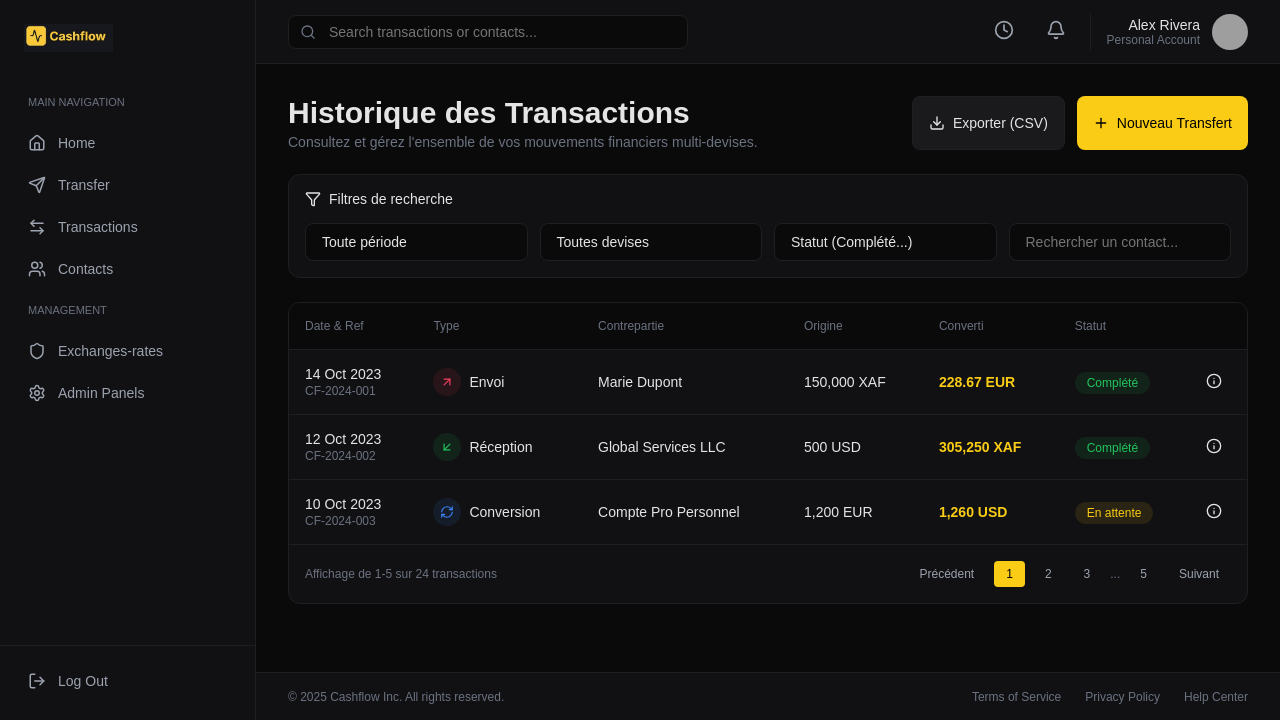
Repository: laetitiamaelle/GROUEPE5_PROGRAMMATIONWEBII_PLATEFORME_DE_TRANSFERT_MULTIDEVISE
Page: /transactions
The author's editor kept a copy of each file at every save. The page is drawn from the files as they stood at one save, then again after the next save.
The browser window is 1280 px wide. The pictures show the whole page.
Pictures or frames that could not be fetched are drawn as grey boxes. The project was rebuilt for these pictures with package versions that can differ from the ones it lists, and the page was loaded fresh each time. The framework's server and built-in components were replaced by stand-ins that run in the browser. Also part of the build but not shown: next.config.ts.

Above is the page before, as saved 2026-05-16 13:58:06.

### app/transactions/page.tsx
import Sidebar from '@/components/Sidebar'
import HistoriqueTransactions from '@/components/HistoriqueTransactions';

export default function TransactionPage() {
    return (
        <div style={{ display: 'flex', minHeight: '100vh', background: '#0A0A0B'}}>
            <Sidebar />
            <HistoriqueTransactions />
        </div>
    )
}

### app/globals.css
* {
    margin: 0;
    padding: 0;
    box-sizing: border-box;
}

body {
    background: #0A0A0B;
    color: #E5E5E5;
    font-family: Arial, sans-serif;
}

a {
    text-decoration: none;
    color: inherit;
}

button {
    cursor: pointer;
    border: none;
    font-family: inherit;
}

### components/Sidebar.tsx
'use client'
import Link from 'next/link'
import { usePathname } from 'next/navigation'
import { Home, Send, ArrowLeftRight, Users, Shield, Settings, LogOut} from 'lucide-react'
import '../styles/Sidebar.css'

export default function Sidebar() {
    const pathname = usePathname()

    return (
        <aside className='sidebar'>
            <div className='logo'>
                <img src="/public/logo.jpeg" alt="Cashflow" className='logo-img'/>
            </div>

            <nav className='nav'>
                <p className='nav-title'>MAIN NAVIGATION</p>
                <Link href="#" className={`nav-item #{pathname === '/home' ? 'active' : ''}`}>
                    <Home size={18} /> Home
                </Link>
                <Link href="/transfert" className="nav-item">
                    <Send size={18} /> Transfer
                </Link>
                <Link href="/transactions" className={`nav-item #{pathname === '/transactions' ? 'active' : ''}`}>
                    <ArrowLeftRight size={18} /> Transactions
                </Link>
                <Link href="#" className="nav-item">
                    <Users size={18} /> Contacts
                </Link>

                <p className="nav-title">MANAGEMENT</p>
                <Link href="/exchange-rates" className={`nav-item #{pathname === '/exchanges-rates' ? 'active' : ''}`}>
                    <Shield size={18} /> Exchanges-rates
                </Link>
                <Link href="/admin" className="nav-item">
                    <Settings size={18} /> Admin Panels
                </Link>
            </nav>

            <div className='logout'>
                <button className='nav-item'>
                    <LogOut size={18} />Log Out
                </button>
            </div>
        </aside>
    )
}

### components/HistoriqueTransactions.tsx
'use client'
import { Search, Clock, Bell, Download, Plus, Filter, ArrowUpRight, ArrowDownLeft, RefreshCw, Info } from 'lucide-react'
import '../styles/HistoriqueTransactions.css'

export default function HistoriqueTransactions() {
  const data = [
    { date: '14 Oct 2023', ref: 'CF-2024-001', type: 'Envoi', contact: 'Marie Dupont', origine: '150,000 XAF', converti: '228.67 EUR', statut: 'Complété' },
    { date: '12 Oct 2023', ref: 'CF-2024-002', type: 'Réception', contact: 'Global Services LLC', origine: '500 USD', converti: '305,250 XAF', statut: 'Complété' },
    { date: '10 Oct 2023', ref: 'CF-2024-003', type: 'Conversion', contact: 'Compte Pro Personnel', origine: '1,200 EUR', converti: '1,260 USD', statut: 'En attente' },
  ]

  return (
    <div className="main">
      <header className="topbar">
        <div className="search-box">
          <Search size={16} className="search-icon" />
          <input type="text" placeholder="Search transactions or contacts..." className="search" />
        </div>
        <div className="topbar-right">
          <button className="icon-btn"><Clock size={20} /></button>
          <button className="icon-btn"><Bell size={20} /></button>
          <div className="user">
            <div className="user-info">
              <span className="user-name">Alex Rivera</span>
              <span className="user-role">Personal Account</span>
            </div>
            <img src="https://i.pravatar.cc/40" alt="avatar" className="user-avatar" />
          </div>
        </div>
      </header>

      <div className="content">
        <div className="header">
          <div>
            <h1>Historique des Transactions</h1>
            <p>Consultez et gérez l'ensemble de vos mouvements financiers multi-devises.</p>
          </div>
          <div className="actions">
            <button className="btn-dark"><Download size={16} /> Exporter (CSV)</button>
            <button className="btn-yellow"><Plus size={16} /> Nouveau Transfert</button>
          </div>
        </div>

        <div className="filters">
          <div className="filters-title">
            <Filter size={16} />
            <span>Filtres de recherche</span>
          </div>
          <div className="filters-grid">
            <button className="filter-btn">Toute période</button>
            <button className="filter-btn">Toutes devises</button>
            <button className="filter-btn">Statut (Complété...)</button>
            <input type="text" placeholder="Rechercher un contact..." className="filter-input" />
          </div>
        </div>

        <div className="table-box">
          <table>
            <thead>
              <tr>
                <th>Date & Ref</th>
                <th>Type</th>
                <th>Contrepartie</th>
                <th>Origine</th>
                <th>Converti</th>
                <th>Statut</th>
                <th></th>
              </tr>
            </thead>
            <tbody>
              {data.map((row, i) => (
                <tr key={i}>
                  <td>
                    <span className="date">{row.date}</span>
                    <span className="ref">{row.ref}</span>
                  </td>
                  <td>
                    <div className="type-cell">
                      <div className={`type-icon ${row.type === 'Envoi' ? 'send' : row.type === 'Réception' ? 'receive' : 'convert'}`}>
                        {row.type === 'Envoi' ? <ArrowUpRight size={14} /> : row.type === 'Réception' ? <ArrowDownLeft size={14} /> : <RefreshCw size={14} />}
                      </div>
                      <span>{row.type}</span>
                    </div>
                  </td>
                  <td>{row.contact}</td>
                  <td className="montant">{row.origine}</td>
                  <td className="montant-converti">{row.converti}</td>
                  <td>
                    <span className={`statut ${row.statut === 'Complété' ? 'statut-complete' : row.statut === 'En attente' ? 'statut-attente' : 'statut-echoue'}`}>
                      {row.statut}
                    </span>
                  </td>
                  <td><Info size={16} /></td>
                </tr>
              ))}
            </tbody>
          </table>
          <div className="pagination">
            <span>Affichage de 1-5 sur 24 transactions</span>
            <div className="page-btns">
              <button>Précédent</button>
              <button className="active">1</button>
              <button>2</button>
              <button>3</button>
              <span>...</span>
              <button>5</button>
              <button>Suivant</button>
            </div>
          </div>
        </div>
      </div>

      <footer className="footer">
        <span>© 2025 Cashflow Inc. All rights reserved.</span>
        <div className="footer-links">
          <a href="#">Terms of Service</a>
          <a href="#">Privacy Policy</a>
          <a href="#">Help Center</a>
        </div>
      </footer>
    </div>
  )
}

### styles/Sidebar.css
.sidebar {
    width: 256px;
    background: #111113;
    border-right: 1px solid #1F1F23;
    display: flex;
    flex-direction: column;
    height: 100vh;
}

.logo {
    padding: 24px;
}

.logo-img {
    height: 28px;
    width: auto;
}

.nav {
    flex: 1;
    padding: 0 16px;
}

.nav-title {
    font-size: 11px;
    color: #6B7280;
    padding: 0 12px;
    margin: 16px 0;
}

.nav-item {
    display: flex;
    align-items: center;
    gap: 12px;
    padding: 10px 12px;
    border-radius: 8px;
    color: #9CA3AF;
    font-size: 14px;
    margin-bottom: 4px;
    width: 100%;
    background: none;
}

.nav-item:hover {
    background: #1A1A1D;
    color: white;
}

.nav-item.active {
    background: #1A1A1D;
    color: #FACC15;
}

.logout {
    padding: 16px;
    border-top: 1px solid #1F1F23;
}

### styles/HistoriqueTransactions.css
.main {
    flex: 1;
    display: flex;
    flex-direction: column;
}

.topbar {
    height: 64px;
    background: #111113;
    border-bottom: 1px solid #1F1F23;
    display: flex;
    align-items: center;
    justify-content: space-between;
    padding: 0 32px;
}

.search-box {
    position: relative;
    display: flex;
    align-items: center;
}

.search-icon {
    position: absolute;
    left: 12px;
    color: #6B7280;
}

.search {
    width: 400px;
    background: #0A0A0B;
    border: 1px solid #1F1F23;
    border-radius: 8px;
    padding: 8px 16px 8px 40px;
    color: white;
    font-size: 14px;
}

.topbar-right {
    display: flex;
    align-items: center;
    gap: 16px;
}

.icon-btn {
    background: none;
    color: #9CA3AF;
    padding: 8px;
    border-radius: 8px;
}

.icon-btn:hover {
    background: #1A1A1D;
}

.user {
    display: flex;
    align-items: center;
    gap: 12px;
    padding-left: 16px;
    border-left: 1px solid #1F1F23;
}

.user-info {
    text-align: right;
}

.user-name {
    display: block;
    font-size: 14px;
    font-weight: 500;
}

.user-role {
    display: block;
    font-size: 12px;
    color: #6B7280;
}

.user-avatar {
    width: 36px;
    height: 36px;
    border-radius: 50%;
}

.content {
    flex: 1;
    padding: 32px;
    overflow: auto;
}

.header {
    display: flex;
    justify-content: space-between;
    margin-bottom: 24px;
}

.header h1 {
    font-size: 30px;
    margin-bottom: 4px;
}

.header p {
    color: #6B7280;
    font-size: 14px;
}

.actions {
    display: flex;
    gap: 12px;
}

.btn-dark {
    background: #1A1A1D;
    border: 1px solid #1F1F23;
    color: #E5E5E5;
    padding: 8px 16px;
    border-radius: 8px;
    font-size: 14px;
    display: flex;
    align-items: center;
    gap: 8px;
}

.btn-yellow {
    background: #FACC15;
    color: black;
    padding: 8px 16px;
    border-radius: 8px;
    font-weight: 500;
    font-size: 14px;
    display: flex;
    align-items: center;
    gap: 8px;
}

.filters {
    background: #111113;
    border: 1px solid #1F1F23;
    border-radius: 12px;
    padding: 16px;
    margin-bottom: 24px;
}

.filters-title {
    display: flex;
    align-items: center;
    gap: 8px;
    font-size: 14px;
    margin-bottom: 16px;
}

.filters-grid {
    display: grid;
    grid-template-columns: repeat(4, 1fr);
    gap: 12px;
}

.filter-btn {
    background: #0A0A0B;
    border: 1px solid #1F1F23;
    border-radius: 8px;
    padding: 10px 16px;
    color: #E5E5E5;
    font-size: 14px;
    text-align: left;
}

.filter-input {
    background: #0A0A0B;
    border: 1px solid #1F1F23;
    border-radius: 8px;
    padding: 10px 16px;
    color: white;
    font-size: 14px;
}

.table-box {
    background: #111113;
    border: 1px solid #1F1F23;
    border-radius: 12px;
    overflow: hidden;
}

table {
    width: 100%;
    border-collapse: collapse;
}

thead {
    background: #0A0A0B;
}

th {
    text-align: left;
    padding: 16px;
    font-size: 12px;
    color: #6B7280;
    font-weight: 500;
}

td {
    padding: 16px;
    border-top: 1px solid #1F1F23;
    font-size: 14px;
}

tr:hover {
    background: #1A1A1D;
}

.date {
    font-weight: 500;
    display: block;
}

.ref {
    font-size: 12px;
    color: #6B7280;
    display: block;
    margin-top: 2px;
}

.type-cell {
    display: flex;
    align-items: center;
    gap: 8px;
}

.type-icon {
    width: 28px;
    height: 28px;
    border-radius: 50%;
    display: flex;
    align-items: center;
    justify-content: center;
}

.type-icon.send {
    background: rgba(244, 63, 94, 0.1);
    color: #F43F5E;
}

.type-icon.receive {
    background: rgba(34, 197, 94, 0.1);
    color: #22C55E;
}

.type-icon.convert {
    background: rgba(59, 130, 246, 0.1);
    color: #3B82F6;
}

.montant {
    font-weight: 500;
}

.montant-converti {
    font-weight: 600;
    color: #FACC15;
}

.statut {
    padding: 4px 12px;
    border-radius: 12px;
    font-size: 12px;
    font-weight: 500;
}

.statut-complete {
    background: rgba(34, 197, 94, 0.1);
    color: #22C55E;
}

.statut-attente {
    background: rgba(250, 204, 21, 0.1);
    color: #FACC15;
}

.statut-echoue {
    background: rgba(239, 68, 68, 0.1);
    color: #EF4444;
}

.pagination {
    padding: 16px;
    border-top: 1px solid #1F1F23;
    display: flex;
    justify-content: space-between;
    align-items: center;
    font-size: 12px;
    color: #6B7280;
}

.page-btns {
    display: flex;
    gap: 8px;
    align-items: center;
}

.page-btns button {
    background: none;
    color: #9CA3AF;
    padding: 6px 12px;
    border-radius: 4px;
    font-size: 12px;
}

.page-btns button.active {
    background: #FACC15;
    color: black;
}

.footer {
    height: 48px;
    background: #111113;
    border-top: 1px solid #1F1F23;
    display: flex;
    align-items: center;
    justify-content: space-between;
    padding: 0 32px;
    font-size: 12px;
    color: #6B7280;
}

.footer-links {
    display: flex;
    gap: 24px;
}

Loaded but not shown: app/layout.tsx (common file)

After the next save:
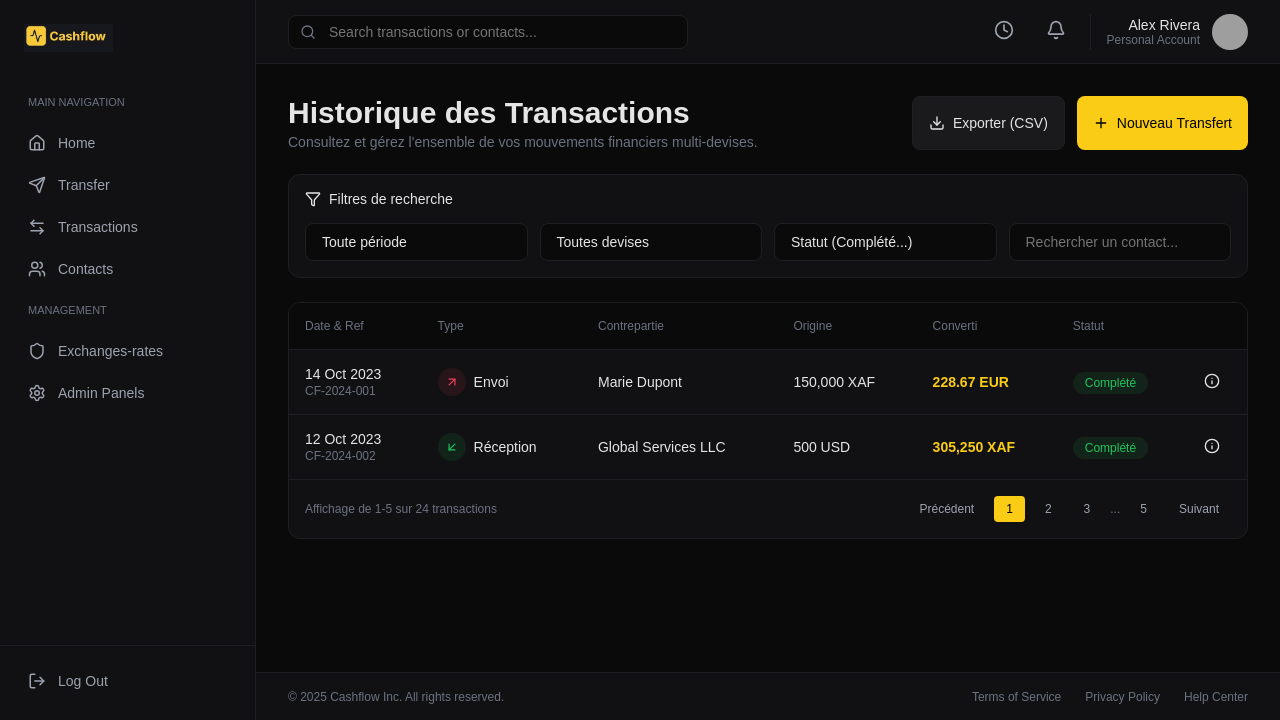
Saved 34 s later.
--- a/components/HistoriqueTransactions.tsx
+++ b/components/HistoriqueTransactions.tsx
@@ -6,7 +6,6 @@ export default function HistoriqueTransactions() {
   const data = [
     { date: '14 Oct 2023', ref: 'CF-2024-001', type: 'Envoi', contact: 'Marie Dupont', origine: '150,000 XAF', converti: '228.67 EUR', statut: 'Complété' },
     { date: '12 Oct 2023', ref: 'CF-2024-002', type: 'Réception', contact: 'Global Services LLC', origine: '500 USD', converti: '305,250 XAF', statut: 'Complété' },
-    { date: '10 Oct 2023', ref: 'CF-2024-003', type: 'Conversion', contact: 'Compte Pro Personnel', origine: '1,200 EUR', converti: '1,260 USD', statut: 'En attente' },
   ]
 
   return (
